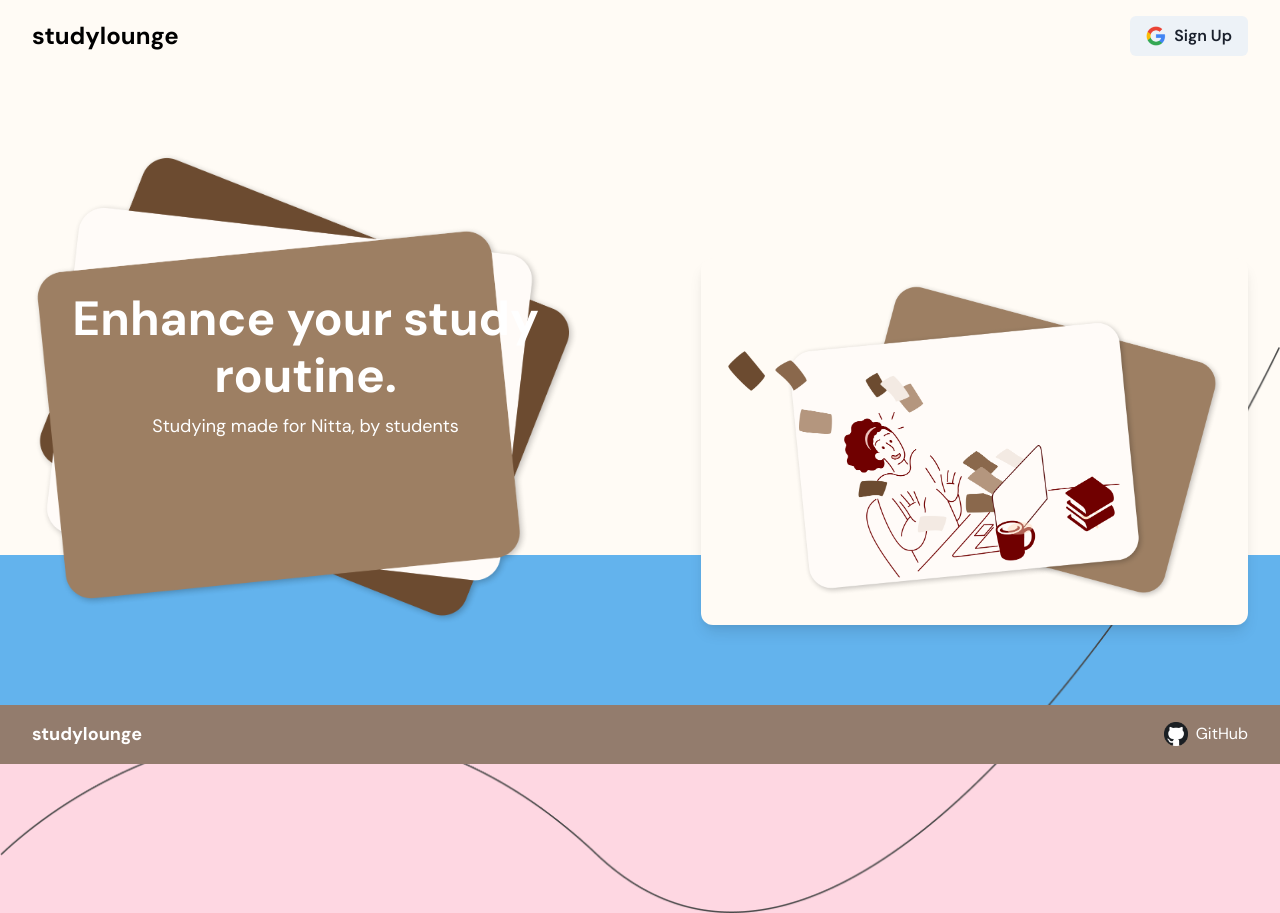
Repository: greg-chang/flashcard-website
Page: / (app in frontend/)
An editor plug-in stored every save of this project. The page is shown before and after the next save, followed by the edit.
The browser window is 1280 px wide. The pictures show the whole page.
The page's requests for data from a server got no answer. The project was rebuilt for these pictures with package versions that can differ from the ones it lists, and the page was loaded fresh each time. Some packages were replaced by stand-ins written for this rebuild. The framework's server and built-in components were replaced by stand-ins that run in the browser. No one was signed in, and anything a server would have sent is missing. Also part of the build but not shown: frontend/next.config.ts, frontend/src/components/Dashboard.tsx.

Above is the page before, as saved 2025-06-08 14:49:32.

After the next save:
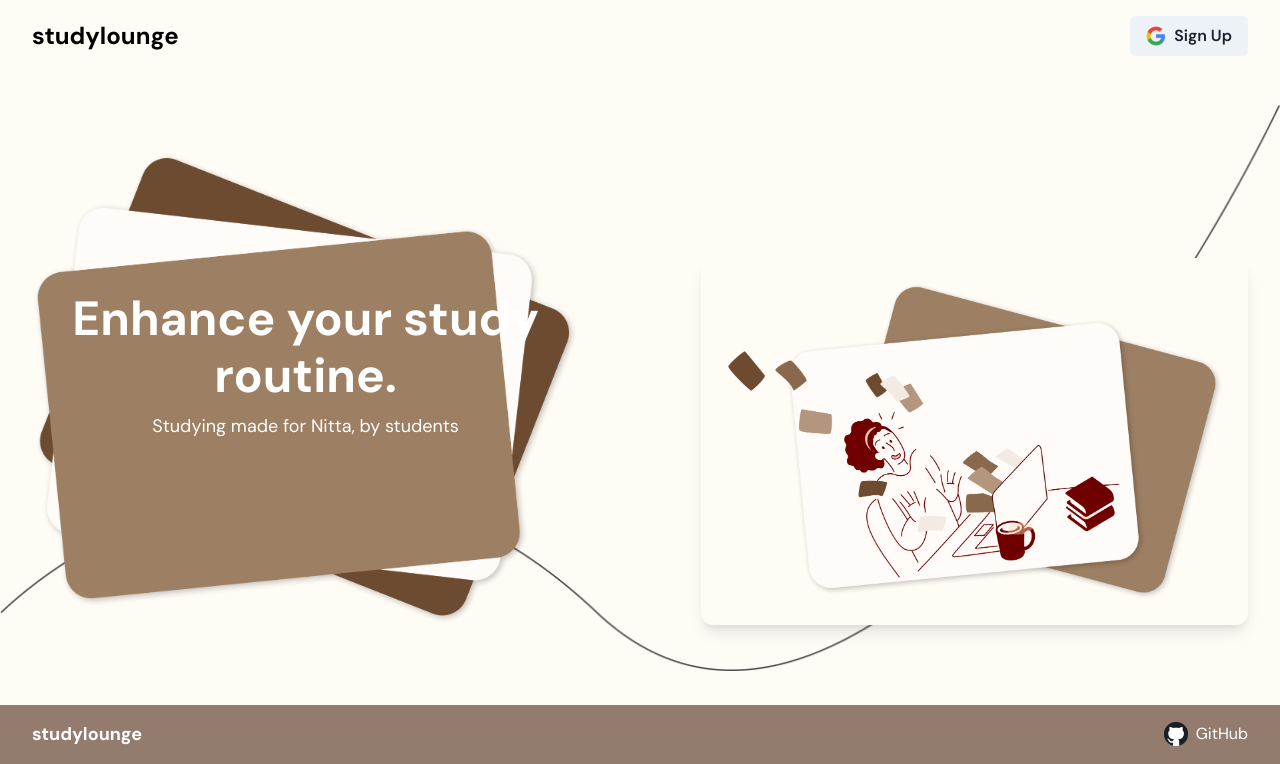
Saved 15 s later.
--- a/frontend/src/components/Homepage.tsx
+++ b/frontend/src/components/Homepage.tsx
@@ -37,31 +37,22 @@ export default function Homepage() {
         px={{ base: 4, md: 8 }}
         flex="1"
         position="relative"
+        overflow="hidden"
       >
-        {/* Style Line as a separate element - Wrapped in Box for styling */}
+        {/* Background Wave */}
         <Box
           position="absolute"
-          bottom="0"
+          top="0"
           left="0"
           width="100%"
-          height="150px" // Adjust height to be visible as a line
-          zIndex="0" // Ensure it's behind other content
-          opacity="1" // Ensure full visibility for testing
-          bg="blue.300" // Temporary background for testing visibility
-          display="flex" // Use flex to center the image within this box
-          justifyContent="center"
-          alignItems="center"
-        >
-          <Image
-            src={StyleLine}
-            alt="Style Line Decorative Element"
-            width={1200} // Large width for responsive scaling
-            height={150} // Aspect ratio for responsive image
-            layout="responsive"
-            objectFit="contain"
-            // Removed opacity and style from Image, applied to parent Box
-          />
-        </Box>
+          height="100%"
+          backgroundImage={`url(${StyleLine.src})`}
+          backgroundSize="contain"
+          backgroundRepeat="no-repeat"
+          backgroundPosition="center"
+          zIndex="0"
+          opacity="1"
+        />
 
         {/* Left Section: Grouped Cards Image */}
         <Box
